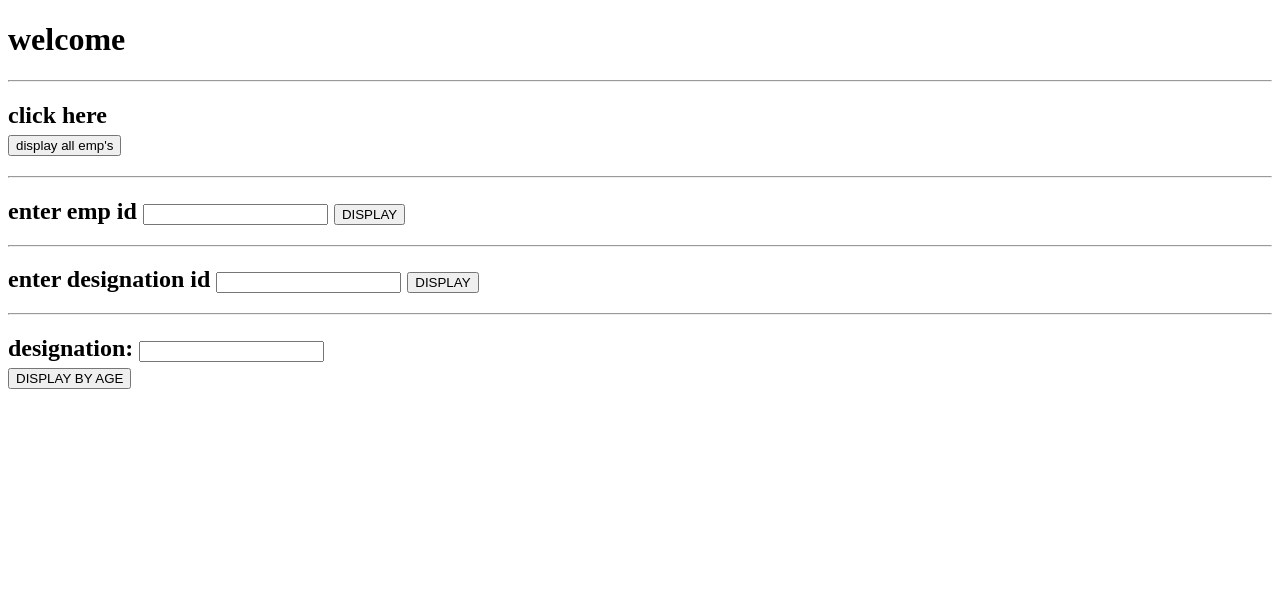
Repository: Saikumar6901/DBSTrainingModules
Page: http://localhost/dbsdemo/Viewall.jsp
These files come from the project's save history. The page is drawn as it stood at one moment and after the next save; the edit follows.
The browser window is 1280 px wide. The pictures show the whole page.
The page is served by Tomcat 9. Other server files are loaded and not shown.

Above is the page before, as saved 2019-08-17 06:04:11.

### workspace-spring-tool-suite-4-4.3.2.RELEASE/dbsdemo/src/main/webapp/Viewall.jsp
<%@ page language="java" contentType="text/html; charset=ISO-8859-1"
    pageEncoding="ISO-8859-1"%>
<!DOCTYPE html>
<html>
<head>
<meta charset="ISO-8859-1">
<title>Insert title here</title>
</head>
<body>
<h1> welcome</h1>
<hr>
 <form action="displayAll">
<h2>
click here<br>
<input type="submit" name="submit" value="display all emp's">
</h2>
</form>

<hr>

<form action="displayByID" method="post">
<h2>
enter emp id <input type="text" name="eid">
<input type="submit" name="submit" value="DISPLAY">
</h2></form>

<hr>

<form action="displayByDesign" method="post">
<h2>
enter designation id <input type="text" name="design">
<input type="submit" name="submit" value="DISPLAY">
</h2>
</form>

<hr>

<form action="displayByAge" method="post">
<h2>
designation: <input type="text" name="designation"><br>
<input type="submit" name="submit" value="DISPLAY BY AGE">
</h2>
</form>
</body>
</html>

After the next save:
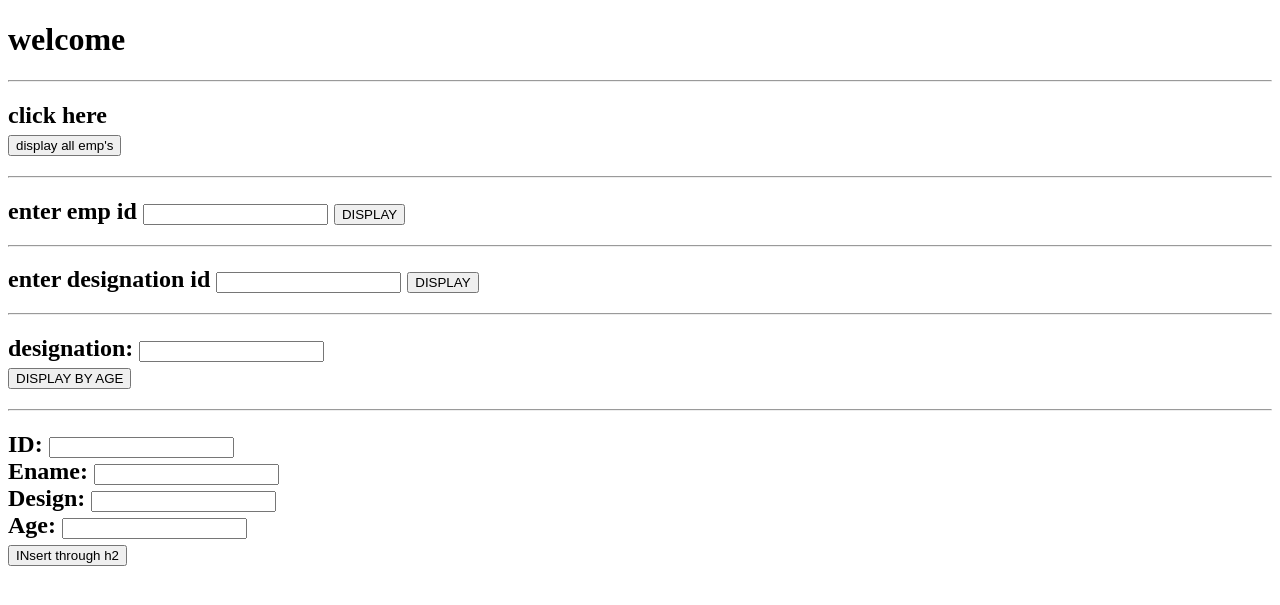
Saved 7 min 9 s later.
--- a/workspace-spring-tool-suite-4-4.3.2.RELEASE/dbsdemo/src/main/webapp/Viewall.jsp
+++ b/workspace-spring-tool-suite-4-4.3.2.RELEASE/dbsdemo/src/main/webapp/Viewall.jsp
@@ -41,5 +41,17 @@ designation: <input type="text" name="designation"><br>
 <input type="submit" name="submit" value="DISPLAY BY AGE">
 </h2>
 </form>
+
+<hr>
+
+<form action="insertStmt" method="post">
+<h2>
+ID: <input type="text" name="eid"><br>
+Ename: <input type="text" name="ename"><br>
+Design: <input type="text" name="designation"><br>
+Age: <input type="text" name="age"><br>
+<input type="submit" name="submit" value="INsert through h2">
+</h2>
+</form>
 </body>
 </html>
